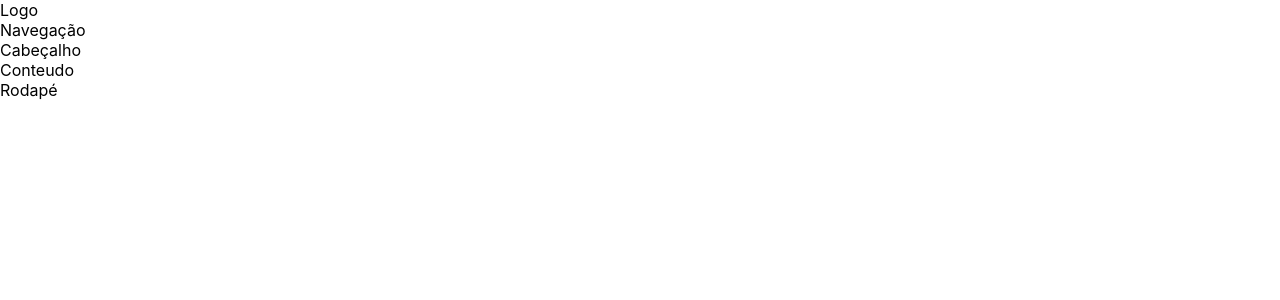
Repository: eversonps/projeto-cadastro-usuarios-firebase
Page: / (app in frontend/)
The author's editor kept a copy of each file at every save. The page is drawn from the files as they stood at one save, then again after the next save.
The browser window is 1280 px wide. The pictures show the whole page.
The project was rebuilt for these pictures with package versions that can differ from the ones it lists, and the page was loaded fresh each time. Also part of the build but not shown: frontend/src/components/template/logo.css, frontend/src/components/template/nav.css, frontend/src/components/template/header.css, frontend/src/components/template/footer.css.

Above is the page before, as saved 2022-03-21 17:22:53.

After the next save:
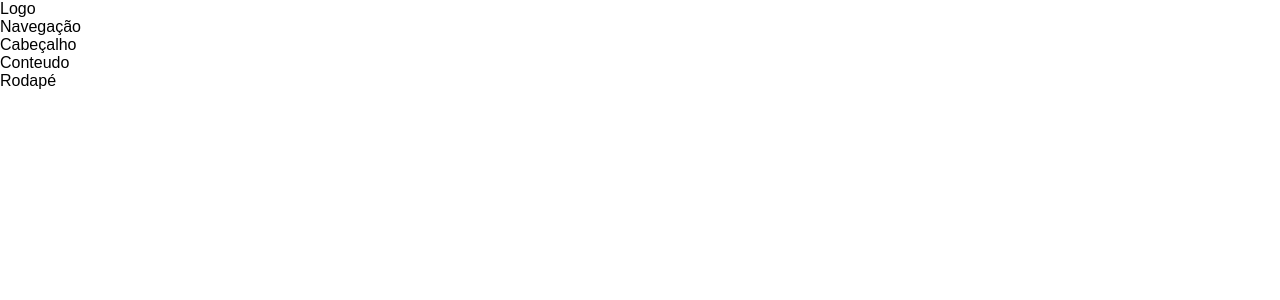
Saved 95 s later.
--- a/frontend/src/main/app.css
+++ b/frontend/src/main/app.css
@@ -9,3 +9,8 @@
 
 
 }
+
+* {
+    box-sizing: border-box;
+    font-family: "Mont-serrat", sans-serif;
+}
